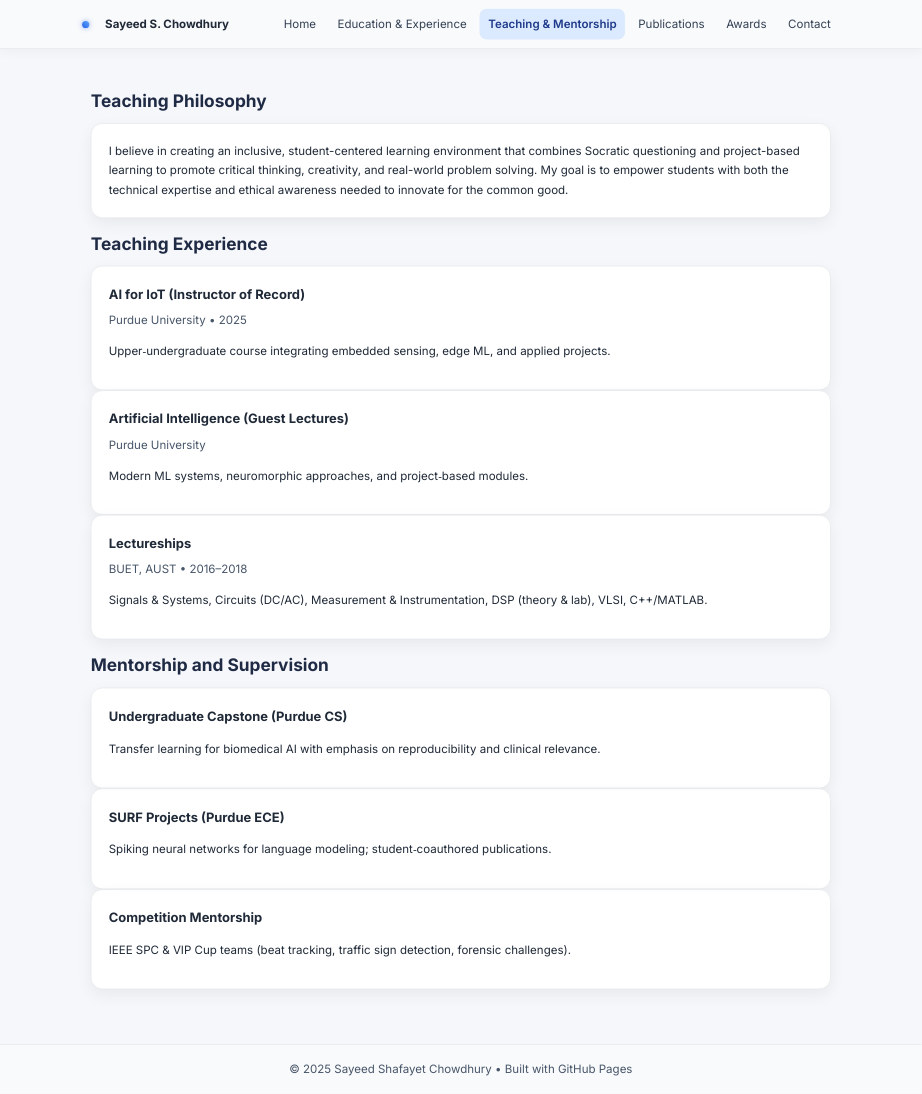
Repository: SayeedChowdhury/SayeedChowdhury.github.io
Page: teaching.html
An editor plug-in stored every save of this project. The page is shown before and after the next save, followed by the edit.
The browser window is 1280 px wide. The pictures show the whole page, at 72% of full size.

Above is the page before, as saved 2025-08-11 15:04:56.

### teaching.html
<!doctype html>
<html lang="en">
<head>
  <meta charset="utf-8">
  <meta name="viewport" content="width=device-width, initial-scale=1">
  <title>Teaching & Mentorship • Sayeed S. Chowdhury</title>
  <link rel="preconnect" href="https://fonts.googleapis.com">
  <link rel="preconnect" href="https://fonts.gstatic.com" crossorigin>
  <link href="https://fonts.googleapis.com/css2?family=Inter:wght@400;600;700&display=swap" rel="stylesheet">
  <link rel="stylesheet" href="assets/style.css">
</head>
<body>
<div class="nav">
  <div class="inner container">
    <div class="brand"><span class="dot"></span> <a href="index.html" style="text-decoration:none;color:inherit;">Sayeed S. Chowdhury</a></div>
    <div style="margin-left:auto; display:flex; gap:6px; flex-wrap:wrap">
      <a href="index.html" class="">Home</a>
      <a href="edu-exp.html" class="">Education & Experience</a>
      <a href="teaching.html" class="active">Teaching & Mentorship</a>
      <!-- <a href="research.html" class="">Research</a> -->
      <a href="publications.html" class="">Publications</a>
      <a href="awards.html" class="">Awards</a>
      <a href="contact.html" class="">Contact</a>
    </div>
  </div>
</div>
<div class="container">

<section class="section">
  <!-- <div class="kicker">Teaching</div> -->
  <h2>Teaching Philosophy</h2>

  <div class="card">
    <p style="margin:0">I believe in creating an inclusive, student-centered learning environment that combines Socratic questioning and project-based learning to promote critical thinking, creativity, and real-world problem solving. My goal is to empower students with both the technical expertise and ethical awareness needed to innovate for the common good.</p>
  </div>

  <h2>Teaching Experience</h2>
  <div class="card">
    <h3>AI for IoT (Instructor of Record)</h3>
    <div class="lead">Purdue University • 2025</div>
    <p>Upper‑undergraduate course integrating embedded sensing, edge ML, and applied projects.</p>
  </div>
  <div class="card">
    <h3>Artificial Intelligence (Guest Lectures)</h3>
    <div class="lead">Purdue University</div>
    <p>Modern ML systems, neuromorphic approaches, and project‑based modules.</p>
  </div>
  <div class="card">
    <h3>Lectureships</h3>
    <div class="lead">BUET, AUST • 2016–2018</div>
    <p>Signals & Systems, Circuits (DC/AC), Measurement & Instrumentation, DSP (theory & lab), VLSI, C++/MATLAB.</p>
  </div>

  <!-- <div class="kicker">Mentorship</div> -->
  <h2>Mentorship and Supervision</h2>
  <div class="card">
    <h3>Undergraduate Capstone (Purdue CS)</h3>
    <p>Transfer learning for biomedical AI with emphasis on reproducibility and clinical relevance.</p>
  </div>
  <div class="card">
    <h3>SURF Projects (Purdue ECE)</h3>
    <p>Spiking neural networks for language modeling; student‑coauthored publications.</p>
  </div>
  <div class="card">
    <h3>Competition Mentorship</h3>
    <p>IEEE SPC & VIP Cup teams (beat tracking, traffic sign detection, forensic challenges).</p>
  </div>
</section>

</div>
<div class="footer">© 2025 Sayeed Shafayet Chowdhury • Built with GitHub Pages</div>
</body>
</html>

### assets/style.css
/* ================================
   Sayeed S. Chowdhury — style.css
   Mild light theme (no top halo)
   ================================ */

   :root{
    --bg:#f6f7fb;          /* mild light (not white) */
    --panel:#ffffff;       /* card surface */
    --panel-2:#f1f5fb;     /* subtle secondary surface */
    --ink:#1f2937;         /* main text (slate-800) */
    --muted:#475569;       /* secondary text (slate-600) */
    --navy:#1e3a8a;        /* accent for nav/links (blue-900) */
    --gold:#b58500;        /* optional accent */
    --border:#e5e7eb;      /* card/nav borders */
    --shadow:0 8px 22px rgba(0,0,0,.06);
    --radius:16px;
  }

  /* Base */
  *{ box-sizing:border-box }
  html,body{ height:100% }
  body{
    margin:0;
    color:var(--ink);
    background:var(--bg); /* removed radial gradients/halo */
    font:16px/1.7 "Inter", system-ui, -apple-system, Segoe UI, Roboto, Helvetica, Arial;
    -webkit-font-smoothing:antialiased;
    text-rendering:optimizeLegibility;
  }

  .container{ max-width:1100px; margin:0 auto; padding:24px }

  /* Top Nav */
  .nav{
    position:sticky; top:0; z-index:10;
    background:#f9fafb;                      /* solid so it’s visible */
    backdrop-filter:saturate(140%) blur(6px);
    border-bottom:1px solid var(--border);
    box-shadow:0 6px 14px rgba(0,0,0,.04);
  }
  .nav .inner{ display:flex; align-items:center; gap:16px; padding:12px 24px; }
  .nav .brand{ display:flex; align-items:center; gap:10px; font-weight:700; color:var(--ink) }
  .nav .brand .dot{ width:10px; height:10px; border-radius:50%; background:linear-gradient(45deg,#2563eb,#60a5fa); box-shadow:0 0 8px rgba(37,99,235,.5) }
  .nav a{
    color:#334155;                            /* slate-700: readable */
    text-decoration:none;
    padding:8px 12px;
    border-radius:10px;
  }
  .nav a:hover{
    color:var(--navy);
    background:#e6edf7;                       /* gentle hover pill */
  }
  .nav a.active{
    color:var(--navy);
    background:#dbeafe;                       /* visible active pill */
    font-weight:600;
  }
  .nav a:focus-visible{ outline:2px solid #93c5fd; outline-offset:2px }

  /* Hero & Layout */
  .hero{
    display:grid; grid-template-columns:1.1fr .9fr; gap:28px; align-items:stretch;
    padding:48px 24px 12px;
  }
  .row{ display:flex; gap:18px; flex-wrap:wrap; align-items:center }

  /* Cards */
  .card{
    background:var(--panel);
    border:1px solid var(--border);
    border-radius:var(--radius);
    box-shadow:var(--shadow);
    padding:24px;
  }
  .cards{ display:grid; grid-template-columns:repeat(12,1fr); gap:20px; margin-top:18px }
  .card.grid-12{ grid-column:span 12 }
  .card.grid-6{ grid-column:span 6 }
  .card.grid-4{ grid-column:span 4 }

  /* Typography */
  h1{ font-size:32px; margin:0 0 6px }         /* smaller homepage name */
  h2{ font-size:24px; margin:16px 0 10px; color:#1f2a44 }
  h3{ font-size:18px; margin:0 0 6px }
  .lead{ color:var(--muted); font-size:16px }
  .kicker{ color:var(--gold); font-weight:700; letter-spacing:.4px; text-transform:uppercase; font-size:12px }
  .page-title{ margin:8px 0 16px }
  .page-title h1{ font-size:46px; letter-spacing:.4px; margin:0; color:#1f2a44 }

  /* Lists */
  .list{ padding-left:20px; margin:0 }
  .list li{ margin:10px 0 }

  /* Headshot */
  .headshot{
    width:160px; height:160px; border-radius:50%; object-fit:cover;
    border:3px solid #eef2ff; box-shadow:0 4px 14px rgba(0,0,0,.06)
  }

  /* Badges & Pills */
  .badges{ display:flex; flex-wrap:wrap; gap:10px; margin-top:14px }
  .badge{
    background:#f1f5fb; border:1px solid #dbe4f2; color:#2b4a6a;
    padding:6px 10px; border-radius:999px; font-size:13px
  }
  .pill{
    display:inline-block; padding:5px 10px; border:1px solid var(--border);
    border-radius:999px; font-size:12px; color:var(--muted); margin-right:8px
  }

  /* Buttons */
  .cta{ display:flex; gap:12px; flex-wrap:wrap; margin-top:12px }
  .button{
    display:inline-flex; align-items:center; gap:10px;
    padding:12px 16px; border-radius:12px;
    border:1px solid #c7d2fe; background:#eef2ff; color:#1f2937;
    text-decoration:none; font-weight:600;
  }
  .button:hover{ background:#e0e7ff }
  .button.secondary{ background:#ffffff; border:1px solid #e4e8ef }

  /* Links (site-wide) */
  a{ color:#1e3a8a; text-decoration:none }
  a:hover{ color:#0f2a6e; text-decoration:underline }
  a:visited{ color:#1e3a8a } /* avoid purple on visited */

  /* Sections */
  .section{ padding:12px }
  .section .title{ display:flex; align-items:center; justify-content:space-between }

  /* Footer (visible on light) */
  .footer{
    background:#f9fafb;
    color:#475569;
    border-top:1px solid var(--border);
    text-align:center;
    padding:20px;
    margin-top:40px;
  }

  /* Forms (if any) */
  input, textarea, select{
    background:#fff; color:var(--ink); border:1px solid var(--border);
    border-radius:10px; padding:10px 12px
  }
  input:focus, textarea:focus, select:focus{
    outline:2px solid #93c5fd; outline-offset:2px
  }

  /* Responsive */
  @media (max-width: 900px){
    .hero{ grid-template-columns:1fr }
    .card.grid-6, .card.grid-4{ grid-column:span 12 }
  }

  /* Print */
  @media print{
    .nav, .footer, .cta{ display:none }
    body{ background:#ffffff; color:#111 }
    .card{ box-shadow:none; border-color:#ddd }
  }

After the next save:
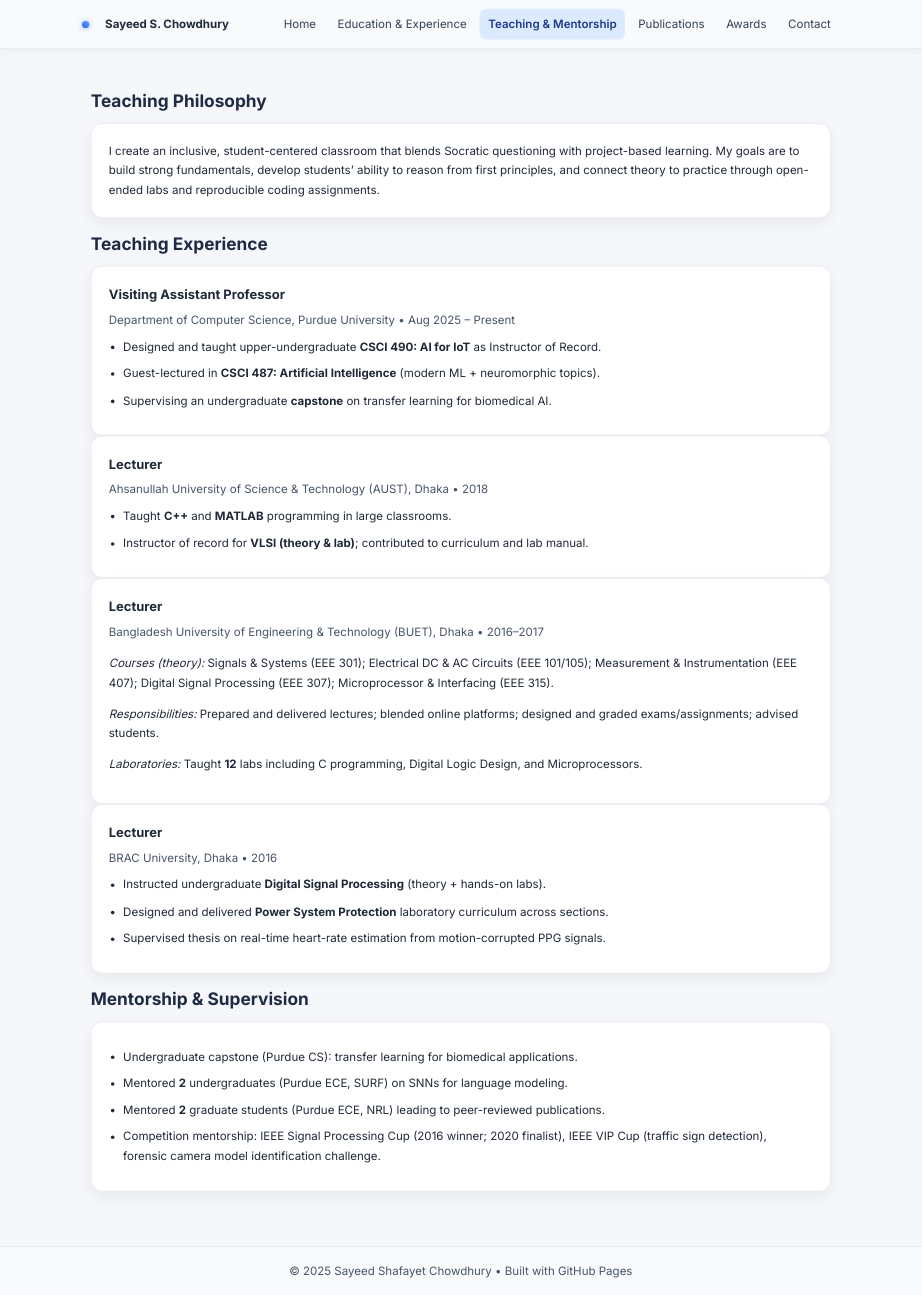
Saved 42 h 33 min later.
--- a/teaching.html
+++ b/teaching.html
@@ -26,46 +26,76 @@
 </div>
 <div class="container">
 
-<section class="section">
-  <!-- <div class="kicker">Teaching</div> -->
-  <h2>Teaching Philosophy</h2>
+  <section class="section">
+    <h2>Teaching Philosophy</h2>
+    <div class="card">
+      <p style="margin:0">
+        I create an inclusive, student-centered classroom that blends Socratic questioning with project-based learning.
+        My goals are to build strong fundamentals, develop students’ ability to reason from first principles, and connect
+        theory to practice through open-ended labs and reproducible coding assignments.
+      </p>
+    </div>
 
-  <div class="card">
-    <p style="margin:0">I believe in creating an inclusive, student-centered learning environment that combines Socratic questioning and project-based learning to promote critical thinking, creativity, and real-world problem solving. My goal is to empower students with both the technical expertise and ethical awareness needed to innovate for the common good.</p>
-  </div>
+    <h2>Teaching Experience</h2>
 
-  <h2>Teaching Experience</h2>
-  <div class="card">
-    <h3>AI for IoT (Instructor of Record)</h3>
-    <div class="lead">Purdue University • 2025</div>
-    <p>Upper‑undergraduate course integrating embedded sensing, edge ML, and applied projects.</p>
-  </div>
-  <div class="card">
-    <h3>Artificial Intelligence (Guest Lectures)</h3>
-    <div class="lead">Purdue University</div>
-    <p>Modern ML systems, neuromorphic approaches, and project‑based modules.</p>
-  </div>
-  <div class="card">
-    <h3>Lectureships</h3>
-    <div class="lead">BUET, AUST • 2016–2018</div>
-    <p>Signals & Systems, Circuits (DC/AC), Measurement & Instrumentation, DSP (theory & lab), VLSI, C++/MATLAB.</p>
-  </div>
+    <!-- Purdue — Visiting Assistant Professor -->
+    <div class="card">
+      <h3>Visiting Assistant Professor</h3>
+      <div class="lead">Department of Computer Science, Purdue University • Aug&nbsp;2025 – Present</div>
+      <ul class="list">
+        <li>Designed and taught upper-undergraduate <strong>CSCI 490: AI for IoT</strong> as Instructor of Record.</li>
+        <li>Guest-lectured in <strong>CSCI 487: Artificial Intelligence</strong> (modern ML + neuromorphic topics).</li>
+        <li>Supervising an undergraduate <strong>capstone</strong> on transfer learning for biomedical AI.</li>
+      </ul>
+    </div>
 
-  <!-- <div class="kicker">Mentorship</div> -->
-  <h2>Mentorship and Supervision</h2>
-  <div class="card">
-    <h3>Undergraduate Capstone (Purdue CS)</h3>
-    <p>Transfer learning for biomedical AI with emphasis on reproducibility and clinical relevance.</p>
-  </div>
-  <div class="card">
-    <h3>SURF Projects (Purdue ECE)</h3>
-    <p>Spiking neural networks for language modeling; student‑coauthored publications.</p>
-  </div>
-  <div class="card">
-    <h3>Competition Mentorship</h3>
-    <p>IEEE SPC & VIP Cup teams (beat tracking, traffic sign detection, forensic challenges).</p>
-  </div>
-</section>
+    <!-- AUST -->
+    <div class="card">
+      <h3>Lecturer</h3>
+      <div class="lead">Ahsanullah University of Science &amp; Technology (AUST), Dhaka • 2018</div>
+      <ul class="list">
+        <li>Taught <strong>C++</strong> and <strong>MATLAB</strong> programming in large classrooms.</li>
+        <li>Instructor of record for <strong>VLSI (theory &amp; lab)</strong>; contributed to curriculum and lab manual.</li>
+      </ul>
+    </div>
+
+    <!-- BUET -->
+    <div class="card">
+      <h3>Lecturer</h3>
+      <div class="lead">Bangladesh University of Engineering &amp; Technology (BUET), Dhaka • 2016–2017</div>
+      <p><em>Courses (theory):</em> Signals &amp; Systems (EEE 301); Electrical DC &amp; AC Circuits (EEE 101/105);
+        Measurement &amp; Instrumentation (EEE 407); Digital Signal Processing (EEE 307);
+        Microprocessor &amp; Interfacing (EEE 315).</p>
+      <p><em>Responsibilities:</em> Prepared and delivered lectures; blended online platforms; designed and graded
+        exams/assignments; advised students.</p>
+      <p><em>Laboratories:</em> Taught <strong>12</strong> labs including C programming, Digital Logic Design, and Microprocessors.</p>
+    </div>
+
+    <!-- BRAC University -->
+    <div class="card">
+      <h3>Lecturer</h3>
+      <div class="lead">BRAC University, Dhaka • 2016</div>
+      <ul class="list">
+        <li>Instructed undergraduate <strong>Digital Signal Processing</strong> (theory + hands-on labs).</li>
+        <li>Designed and delivered <strong>Power System Protection</strong> laboratory curriculum across sections.</li>
+        <li>Supervised thesis on real-time heart-rate estimation from motion-corrupted PPG signals.</li>
+      </ul>
+    </div>
+
+    <h2>Mentorship &amp; Supervision</h2>
+    <div class="card">
+      <ul class="list">
+        <li>Undergraduate capstone (Purdue CS): transfer learning for biomedical applications.</li>
+        <li>Mentored <strong>2</strong> undergraduates (Purdue ECE, SURF) on SNNs for language modeling.</li>
+        <li>Mentored <strong>2</strong> graduate students (Purdue ECE, NRL) leading to peer-reviewed publications.</li>
+        <li>Competition mentorship:
+          IEEE Signal Processing Cup (2016 winner; 2020 finalist),
+          IEEE VIP Cup (traffic sign detection),
+          forensic camera model identification challenge.
+        </li>
+      </ul>
+    </div>
+  </section>
 
 </div>
 <div class="footer">© 2025 Sayeed Shafayet Chowdhury • Built with GitHub Pages</div>
